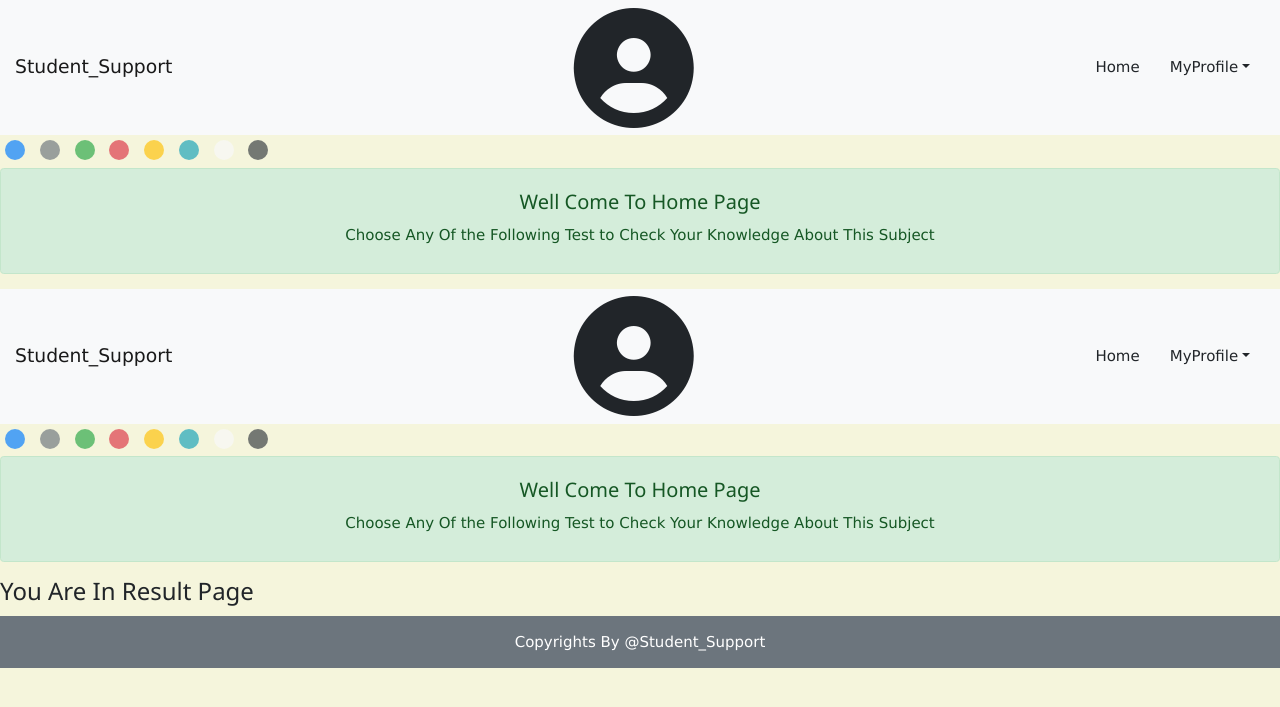
Repository: FeelHack/STUDENT-EXAMINATION-SYSTEM
Page: http://localhost/Exam_System/result.jsp
These files come from the project's save history. The page is drawn as it stood at one moment and after the next save; the edit follows.
The browser window is 1280 px wide. The pictures show the whole page.
Some web libraries are served in a nearby version. The page is served by Tomcat 9.

Above is the page before, as saved 2020-03-11 19:16:51.

After the next save:
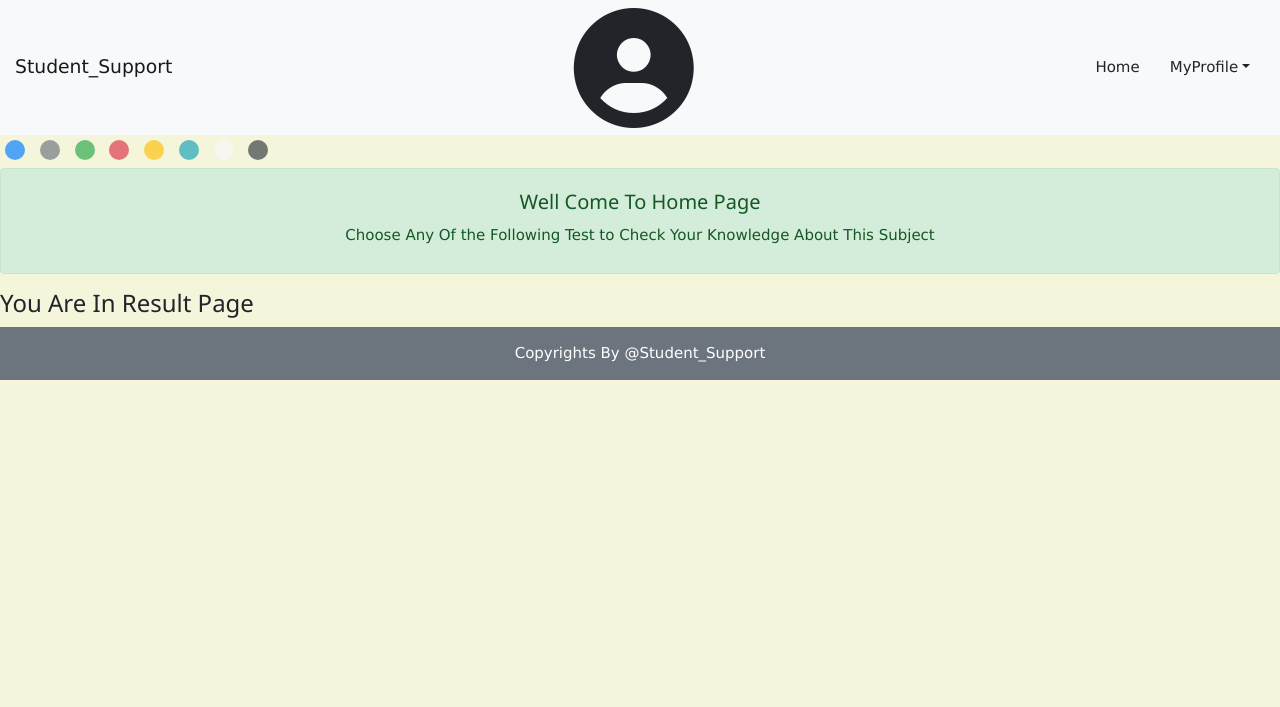
Saved 22 s later.
--- a/Exam System/WebContent/result.jsp
+++ b/Exam System/WebContent/result.jsp
@@ -2,7 +2,7 @@
     pageEncoding="UTF-8"%>
 
 
-    <jsp:include page="homeHeader.jsp"></jsp:include>
+
 
 <!DOCTYPE html>
 <html>
